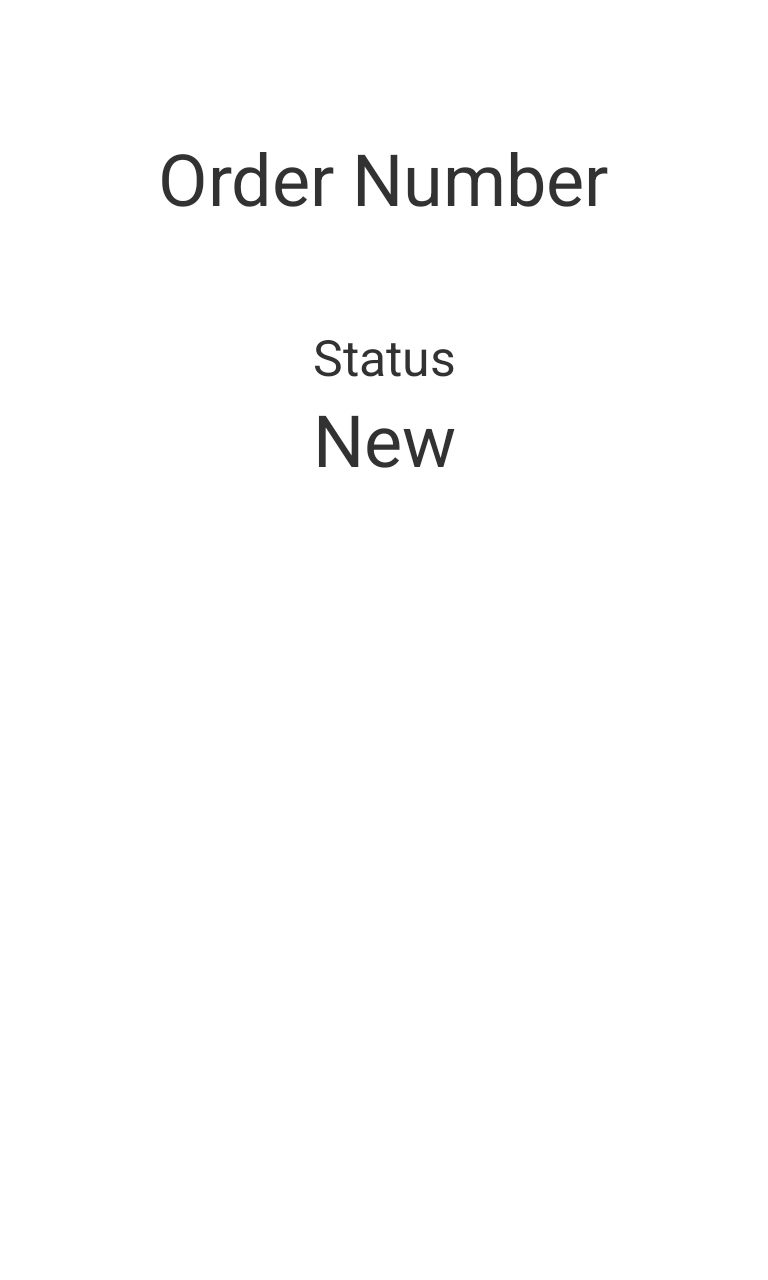
Repository: PotatoBiscuit/Thirstbuster
Layout: MobApp/workspace/DrinkAndGo/res/layout/activity_order.xml
The author's editor kept a copy of each file at every save. The layout is drawn from the files as they stood at one save, then again after the next save.
It is drawn on a 768 x 1280 px phone screen (xhdpi) without system bars, with theme AppTheme; the app's code is not run.

Above is the layout before, as saved 2016-04-18 03:02:16.

After the next save:
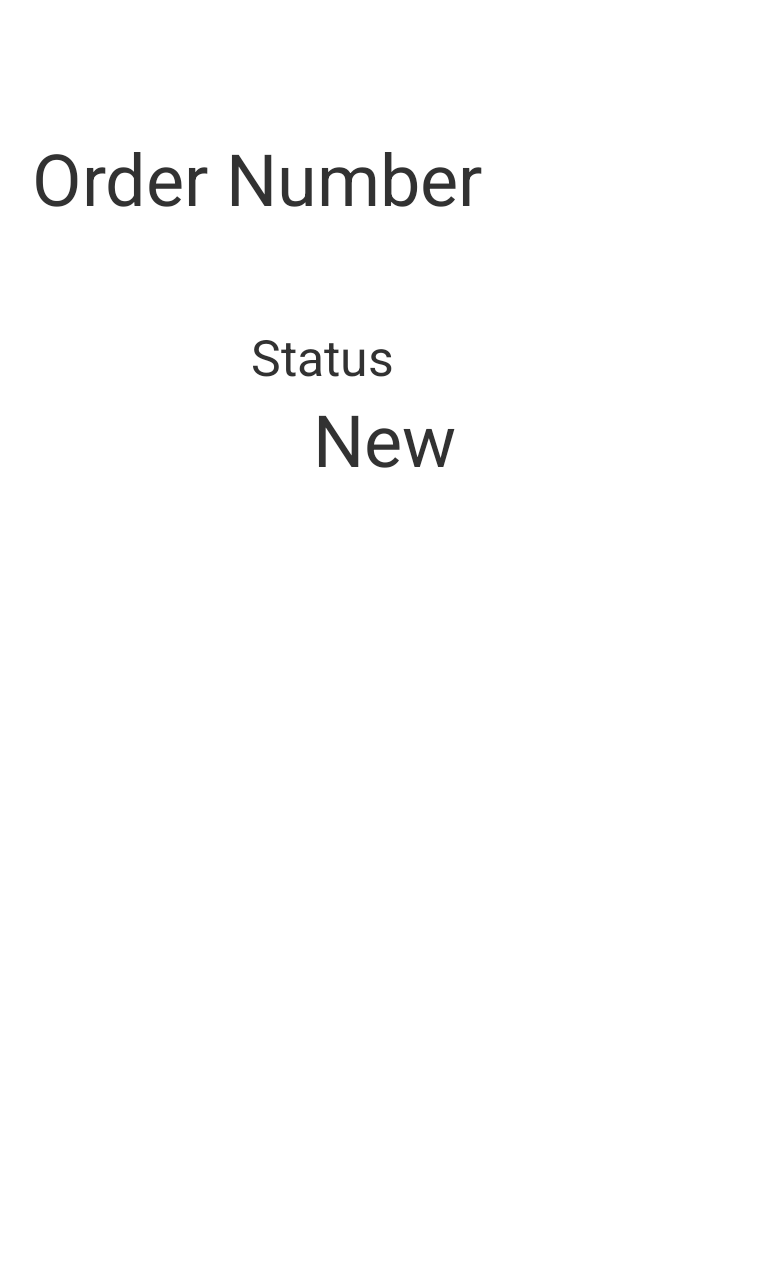
Saved 46 min 44 s later.
--- a/MobApp/workspace/DrinkAndGo/res/layout/activity_order.xml
+++ b/MobApp/workspace/DrinkAndGo/res/layout/activity_order.xml
@@ -11,56 +11,67 @@
     android:paddingTop="@dimen/activity_vertical_margin"
     tools:context="com.CS477.drinkandgo.activities.OrderActivity" >
 
-    <TextView
-        android:id="@+id/venue"
+    <ScrollView
+        android:id="@+id/scrollView1"
         android:layout_width="match_parent"
-        android:layout_height="wrap_content"
-        android:ems="10"
-        android:gravity="center_horizontal"
-        android:textSize="@dimen/title_size" />
+        android:layout_height="wrap_content" >
 
-    <TextView
-        android:id="@+id/order_number_text"
-        android:layout_width="wrap_content"
-        android:layout_height="wrap_content"
-        android:layout_gravity="center_horizontal"
-        android:gravity="center_horizontal"
-        android:text="@string/order_number"
-        android:textSize="@dimen/title_size" />
+        <LinearLayout
+            android:layout_width="match_parent"
+            android:layout_height="wrap_content"
+            android:orientation="vertical" >
 
-    <TextView
-        android:id="@+id/order_number"
-        android:layout_width="match_parent"
-        android:layout_height="wrap_content"
-        android:layout_gravity="center_horizontal"
-        android:ems="10"
-        android:gravity="center_horizontal"
-        android:textSize="@dimen/title_size" />
+            <TextView
+                android:id="@+id/venue"
+                android:layout_width="match_parent"
+                android:layout_height="wrap_content"
+                android:ems="10"
+                android:gravity="center_horizontal"
+                android:textSize="@dimen/title_size" />
 
-    <TextView
-        android:id="@+id/status_text"
-        android:layout_width="wrap_content"
-        android:layout_height="wrap_content"
-        android:ems="10"
-        android:gravity="center_horizontal"
-        android:text="@string/status"
-        android:textSize="@dimen/title_size2" />
+            <TextView
+                android:id="@+id/order_number_text"
+                android:layout_width="wrap_content"
+                android:layout_height="wrap_content"
+                android:gravity="center_horizontal"
+                android:text="@string/order_number"
+                android:textSize="@dimen/title_size" />
 
-    <TextView
-        android:id="@+id/status"
-        android:layout_width="match_parent"
-        android:layout_height="wrap_content"
-        android:ems="10"
-        android:gravity="center_horizontal"
-        android:text="@string/new_order"
-        android:textSize="@dimen/title_size" />
+            <TextView
+                android:id="@+id/order_number"
+                android:layout_width="match_parent"
+                android:layout_height="wrap_content"
+                android:ems="10"
+                android:gravity="center_horizontal"
+                android:textSize="@dimen/title_size" />
+
+            <TextView
+                android:id="@+id/status_text"
+                android:layout_width="wrap_content"
+                android:layout_height="wrap_content"
+                android:ems="10"
+                android:gravity="center_horizontal"
+                android:text="@string/status"
+                android:textSize="@dimen/title_size2" />
+
+            <TextView
+                android:id="@+id/status"
+                android:layout_width="match_parent"
+                android:layout_height="wrap_content"
+                android:ems="10"
+                android:gravity="center_horizontal"
+                android:text="@string/new_order"
+                android:textSize="@dimen/title_size" />
+        </LinearLayout>
+
+    </ScrollView>
 
     <Button
         android:id="@+id/home_button"
         android:layout_width="wrap_content"
         android:layout_height="wrap_content"
+        android:onClick="goBack"
         android:text="@string/home"
-        android:visibility="gone"
-        android:onClick="goBack" />
+        android:visibility="gone" />
 
 </LinearLayout>
